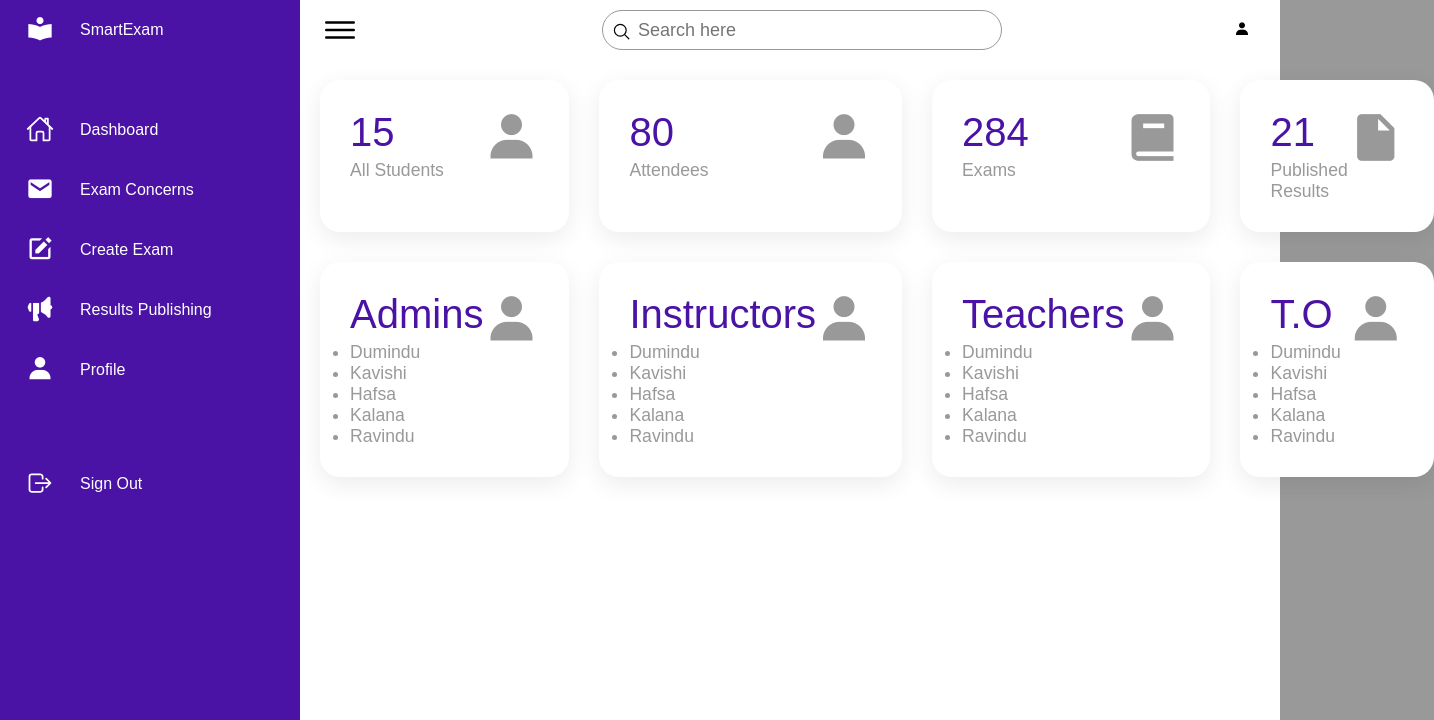
Repository: DissanayakeDA/Registration-web-app
Page: http://localhost/Online-Exam-Management-Web-App/admindashboard.jsp
These files come from the project's save history. The page is drawn as it stood at one moment and after the next save; the edit follows.
The browser window is 1280 px wide. The page is 1434 px wide, so the pictures cover 1434 px, including what lies to the right of the window. The pictures show the whole page.
Some web fonts or font styles are not loaded; a fallback is used. The page is served by Tomcat 9.

Above is the page before, as saved 2024-10-20 12:51:31.

After the next save:
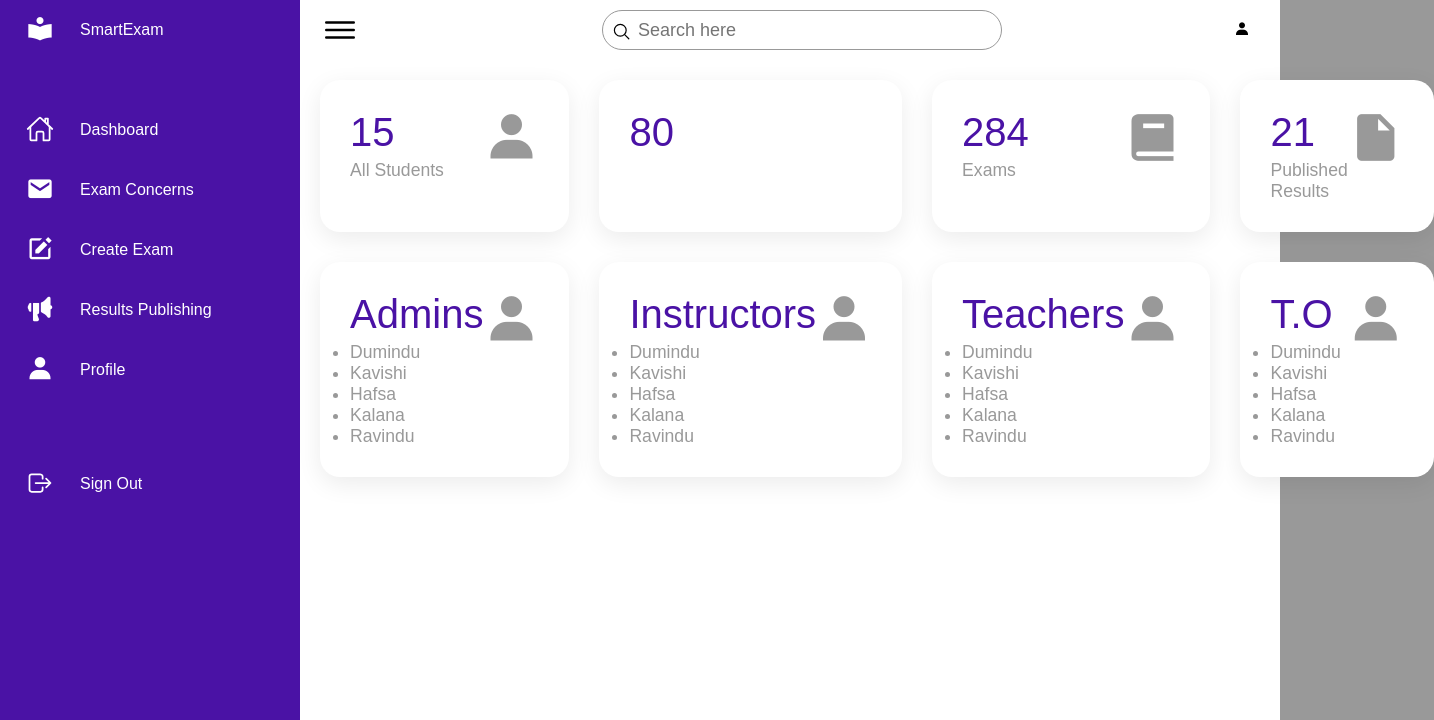
Saved 98 s later.
--- a/Online-Exam-Management-Web-App/src/main/webapp/admindashboard.jsp
+++ b/Online-Exam-Management-Web-App/src/main/webapp/admindashboard.jsp
@@ -122,11 +122,11 @@
                 <div class="card">
                   <div>
                     <div class="numbers">80</div>
-                    <div class="cardName">Attendees</div>
+                    <div class="cardName"></div>
                   </div>
 
                   <div class="iconBx">
-                    <i class="bx bxs-user"></i>
+                    <i class="bx bxs-money"></i>
 
                   </div>
                 </div>
